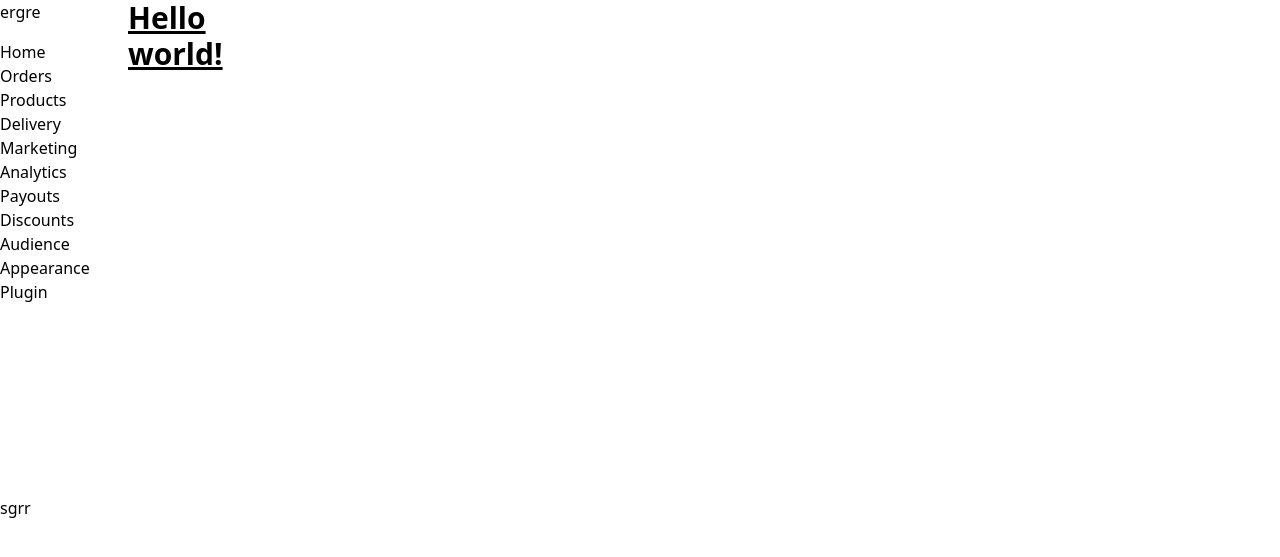
Repository: Yh010/dukaanDashboard
Page: /
These files come from the project's save history. The page is drawn as it stood at one moment and after the next save; the edit follows.
The browser window is 1280 px wide. The pictures show the whole page.
The project was rebuilt for these pictures with package versions that can differ from the ones it lists, and the page was loaded fresh each time. Also part of the build but not shown: vite.config.js, src/App.css.

Above is the page before, as saved 2024-01-21 11:37:36.

After the next save:
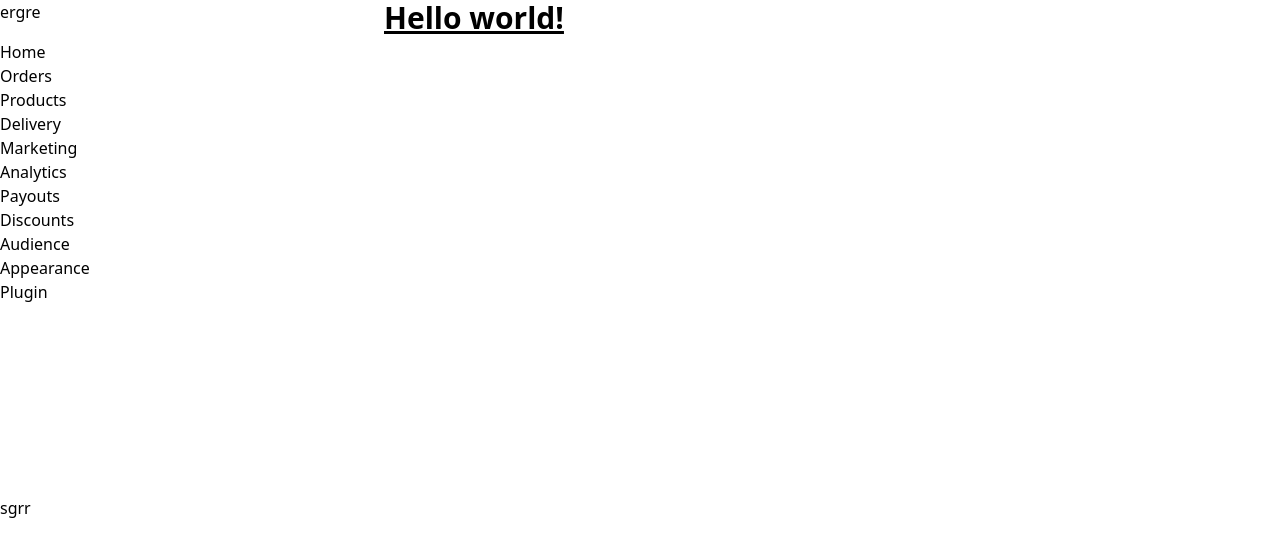
Saved 2 min 47 s later.
--- a/src/App.jsx
+++ b/src/App.jsx
@@ -9,11 +9,11 @@ function App() {
 
   return (
     <div className='grid grid-cols-10'>
-      <div className='grid-cols-3'>
+      <div className='col-span-3'>
          <SideNavBar/>
       </div>
 
-        <h1 className="text-3xl font-bold underline grid-cols-7">
+        <h1 className="text-3xl font-bold underline col-span-7">
             Hello world!
         </h1>
 
